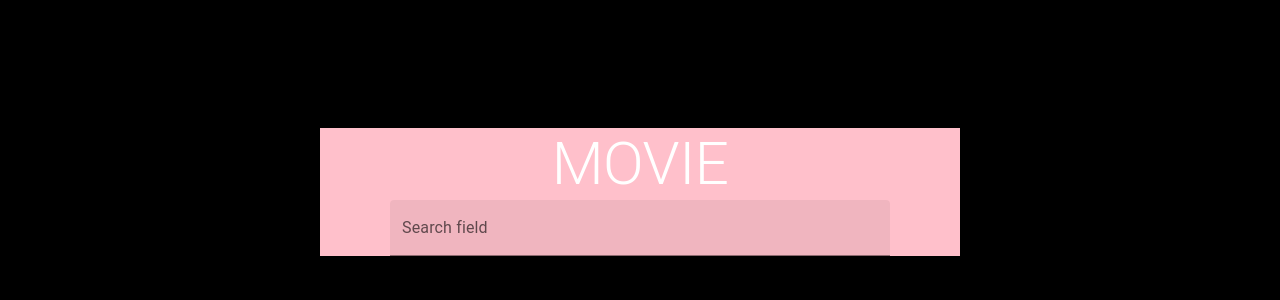
Repository: songjiwon17/movie
Page: /
The author's editor kept a copy of each file at every save. The page is drawn from the files as they stood at one save, then again after the next save.
The browser window is 1280 px wide. The pictures show the whole page.
The project was rebuilt for these pictures with package versions that can differ from the ones it lists, and the page was loaded fresh each time. Also part of the build but not shown: src/component/Login.js.

Above is the page before, as saved 2024-01-04 21:50:05.

After the next save:
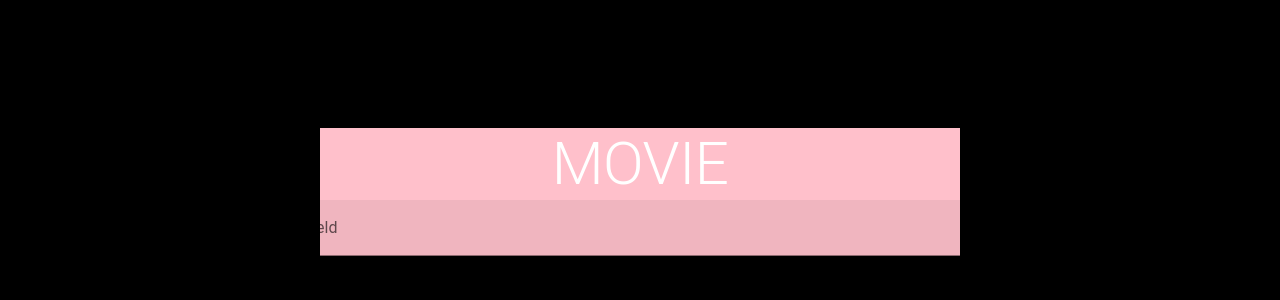
Saved 7 s later.
--- a/src/component/SearchForm.js
+++ b/src/component/SearchForm.js
@@ -5,7 +5,7 @@ function SearchForm(){
         <>
         <TextField
         style={{
-            width: 500
+            width: 800
 
         }}
           id="filled-search"
